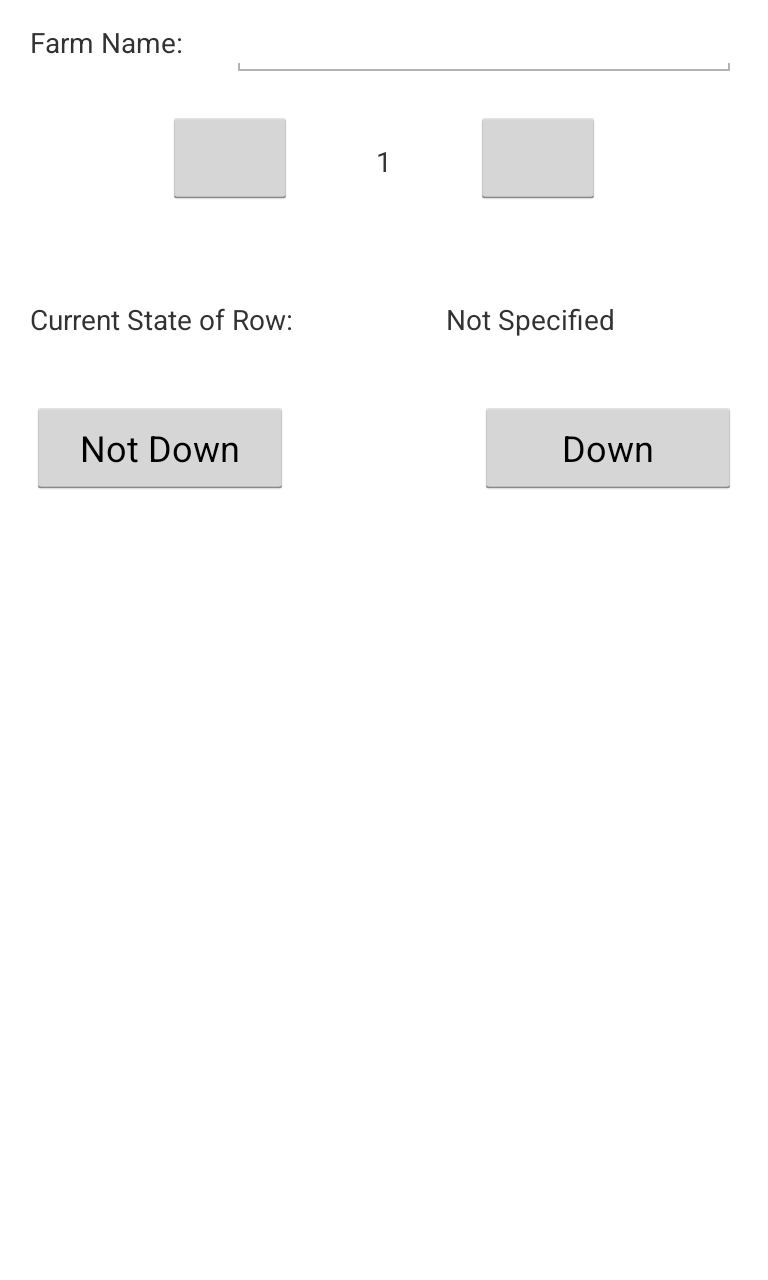
Repository: cokembel/FarmHand
Layout: FarmHand/res/layout/activity_main.xml
These files come from the project's save history. The layout is drawn as it stood at one moment and after the next save; the edit follows.
It is drawn on a 768 x 1280 px phone screen (xhdpi) without system bars, with theme AppTheme; the app's code is not run.

Above is the layout before, as saved 2012-12-05 10:29:28.

After the next save:
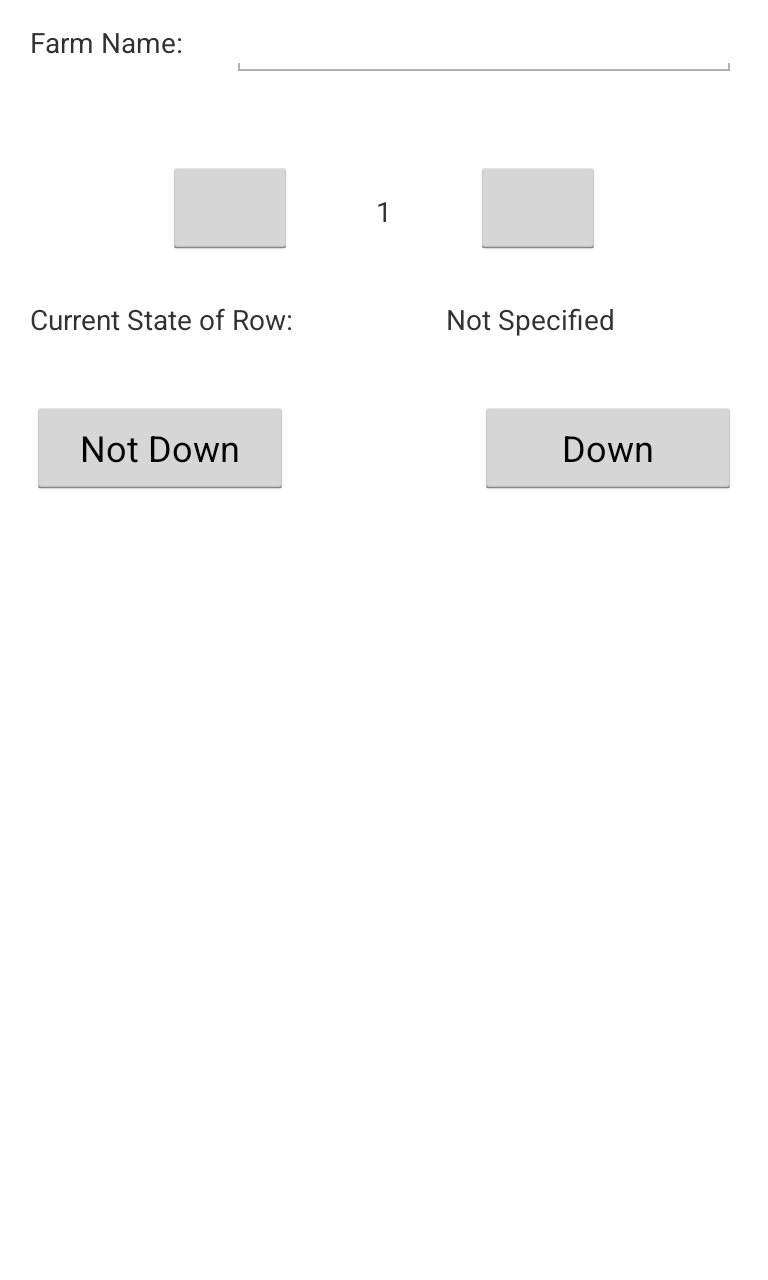
Saved 43 s later.
--- a/FarmHand/res/layout/activity_main.xml
+++ b/FarmHand/res/layout/activity_main.xml
@@ -70,7 +70,7 @@
                 android:layout_toLeftOf="@id/row_number"
                 android:layout_width="wrap_content"
                 android:layout_height="wrap_content"
-                android:layout_marginTop="55dp"
+                android:layout_marginTop="80dp"
                />
 
             <Button
